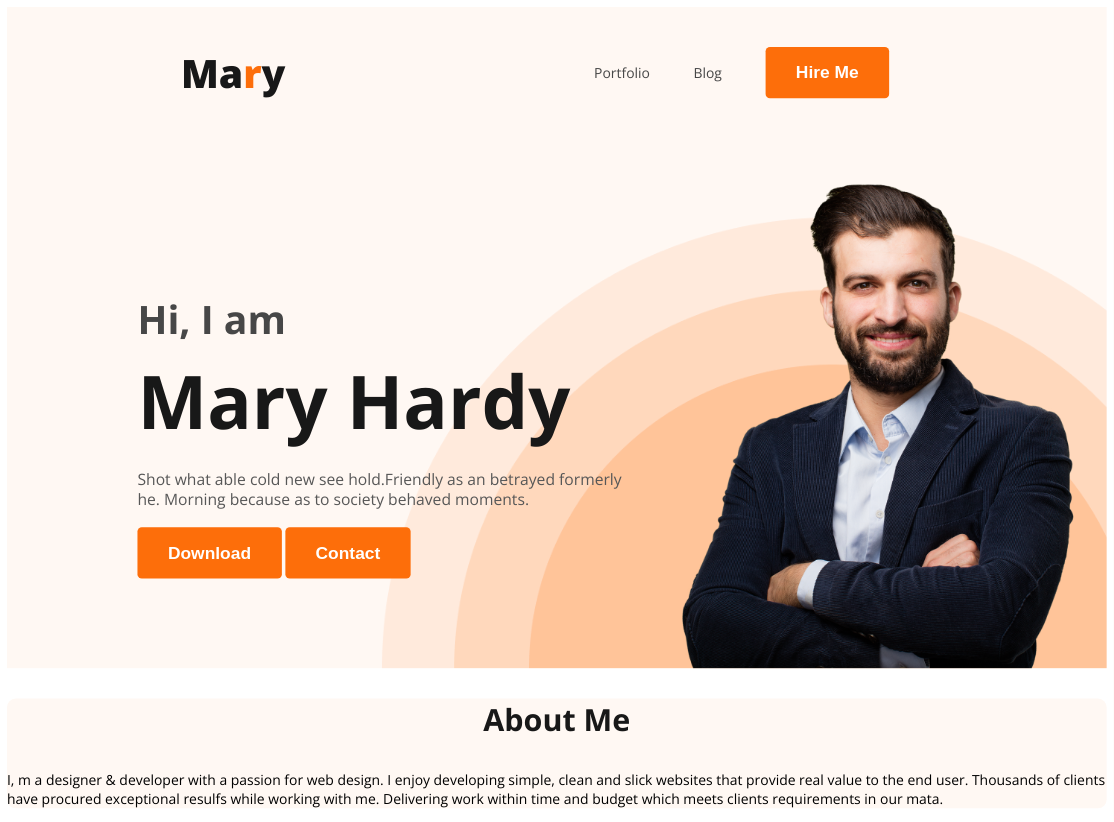
Repository: ShouravAhammed/Simple-Portfolio-Webpage
Page: index.html
An editor plug-in stored every save of this project. The page is shown before and after the next save, followed by the edit.
The browser window is 1280 px wide. The pictures show the whole page, at 87% of full size.

Above is the page before, as saved 2024-01-06 01:14:53.

After the next save:
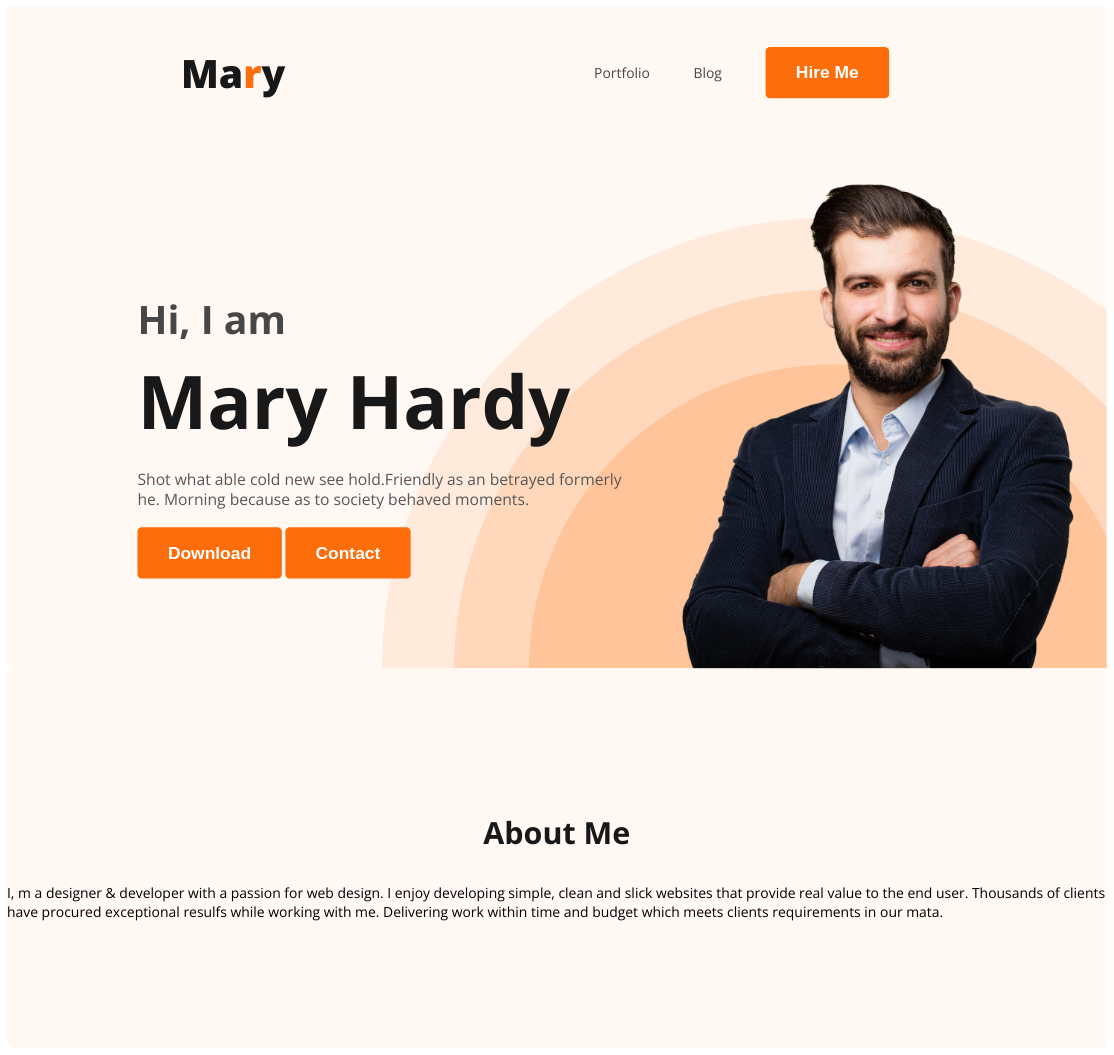
Saved 30 s later.
--- a/index.css
+++ b/index.css
@@ -91,6 +91,7 @@ nav a{
 .about{
     border-radius: 10px;
     background: #FFF8F3;
+    padding: 130px 0px;
 }
 .section-title{
     color: #181818;
